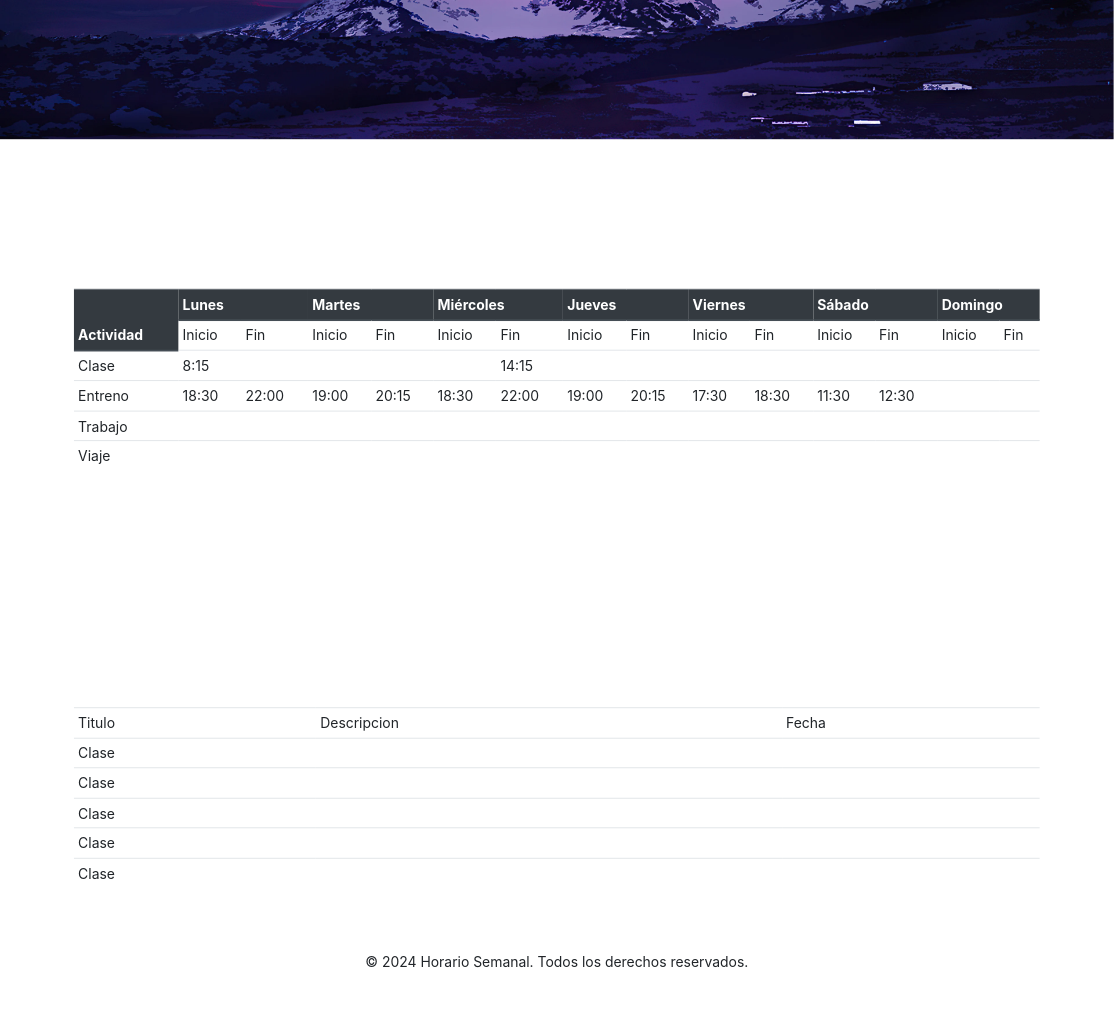
Repository: demoniers/demonIers.github.io
Page: calendar/index.html
The author's editor kept a copy of each file at every save. The page is drawn from the files as they stood at one save, then again after the next save.
The browser window is 1280 px wide. The pictures show the whole page, at 87% of full size.
Backgrounds fixed to the window are drawn as part of the page. Some web libraries are served in a nearby version.

Above is the page before, as saved 2024-10-16 13:43:24.

After the next save:
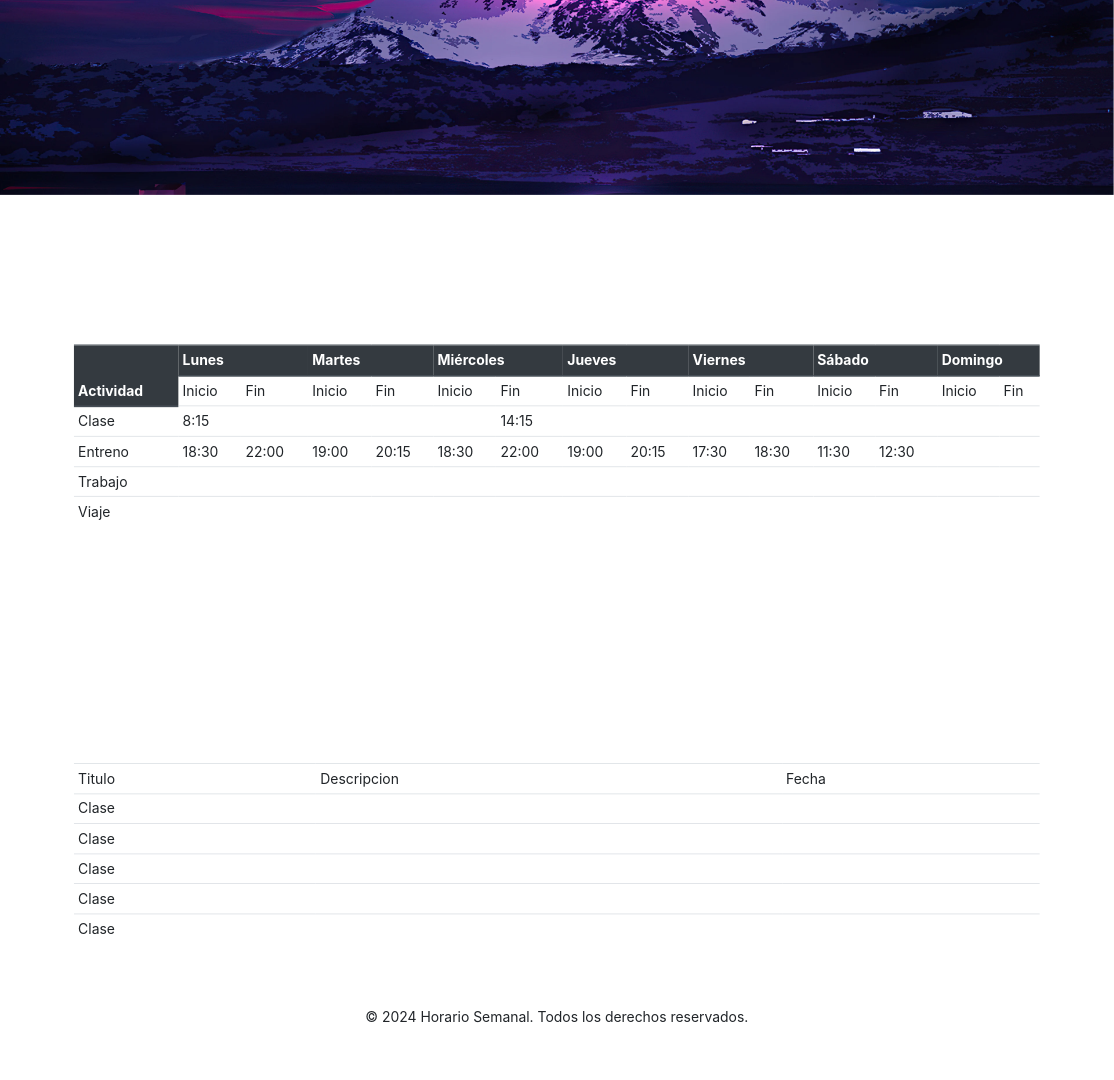
Saved 14 s later.
--- a/calendar/css/style.css
+++ b/calendar/css/style.css
@@ -5,8 +5,7 @@
             background-size: cover;*/
         }
         .paralax {
-            padding-top: 5%;
-            padding-left: 50%;
+            padding: 5%;
             background-image: url(../img/fondo.jpg);
             height: 100%;
             background-attachment:fixed;
